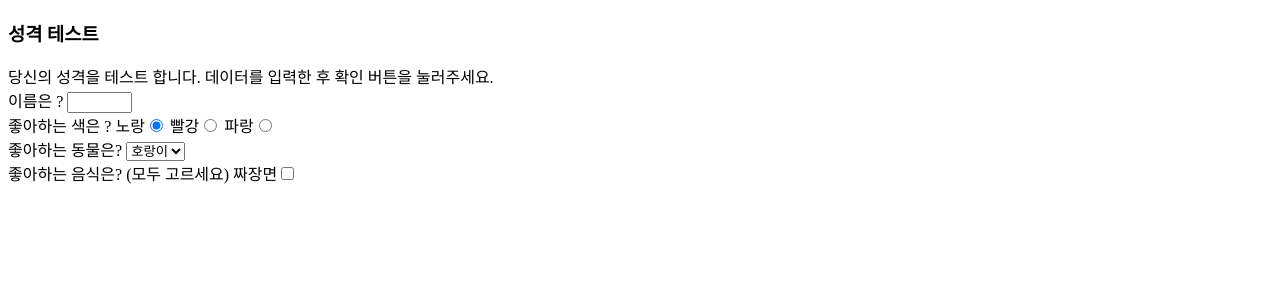
Repository: usonihs/StudyX
Page: http://localhost/Servlets/CharacterTest_01.jsp
The author's editor kept a copy of each file at every save. The page is drawn from the files as they stood at one save, then again after a run of saves.
The browser window is 1280 px wide. The pictures show the whole page.
The page is served by Tomcat 9.

Above is the page before, as saved 2022-10-21 07:07:58.

After the next 2 saves:
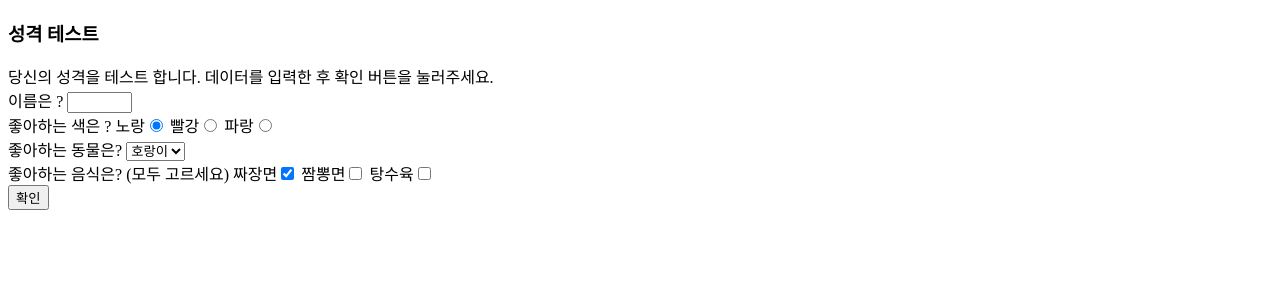
The 2 saves are shown as one change because they came seconds apart.
The last was saved 6 min 15 s later.
--- a/JSP/Servlets/src/main/webapp/CharacterTest_01.jsp
+++ b/JSP/Servlets/src/main/webapp/CharacterTest_01.jsp
@@ -24,8 +24,10 @@
 <option>고양이</option>
 </select> <br>
 좋아하는 음식은? (모두 고르세요)
-짜장면<input type="checkbox" name="food" value="jjm">
-
+짜장면<input type="checkbox" name="food" value="jjm" checked="checked">
+짬뽕면<input type="checkbox" name="food" value="jb">
+탕수육<input type="checkbox" name="food" value="tsy"> <br>
+<input type="submit" value="확인">
 
 </body>
 </html>
